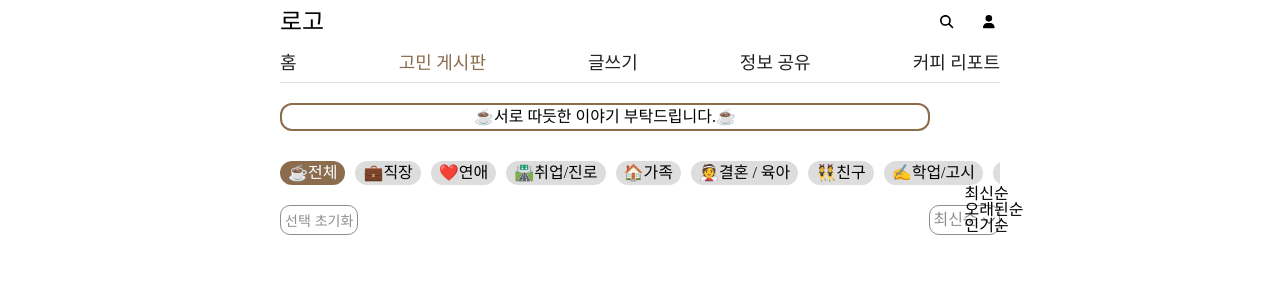
Repository: zlazlazla35/coffee
Page: /list
These files come from the project's save history. The page is drawn as it stood at one moment and after the next save; the edit follows.
The browser window is 1280 px wide. The pictures show the whole page.
Some web fonts or font styles are not loaded; a fallback is used. The project was rebuilt for these pictures with package versions that can differ from the ones it lists, and the page was loaded fresh each time. The framework's server and built-in components were replaced by stand-ins that run in the browser. Also part of the build but not shown: next.config.mjs.

Above is the page before, as saved 2024-12-26 18:31:11.

### src/app/layout.js
import { Geist, Geist_Mono } from "next/font/google";
import "./globals.css";
import Link from "next/link";
import { FontAwesomeIcon } from '@fortawesome/react-fontawesome'
import { faMagnifyingGlass, faUser } from '@fortawesome/free-solid-svg-icons'
import NavMenu from "./component/NavMenu";

const geistSans = Geist({
  variable: "--font-geist-sans",
  subsets: ["latin"],
});

const geistMono = Geist_Mono({
  variable: "--font-geist-mono",
  subsets: ["latin"],
});

export const metadata = {
  title: "Create Next App",
  description: "Generated by create next app",
};

export default function RootLayout({ children }) {
  return (
    <html lang="en">
      <body className={`${geistSans.variable} ${geistMono.variable}`}>
        <div className="nav_bar">
          <div className="nav_bar_top">
            <Link className="logo" href={'/'}>로고</Link>
            <div className="userBox">
              <button>
                <FontAwesomeIcon icon={faMagnifyingGlass} />
              </button>
              <button>
                <FontAwesomeIcon icon={faUser} />
              </button>
            </div>
          </div>
          <div className="nav_bar_bottom">
          <NavMenu></NavMenu>
          </div>
        </div>
        {children}
      </body>
    </html>
  );
}

### src/app/list/page.js
'use client'
import { useState } from "react"
import { FontAwesomeIcon } from '@fortawesome/react-fontawesome'
import { faChevronDown } from '@fortawesome/free-solid-svg-icons'

export default function List() {
    let [tagList, setTagList] = useState(['☕전체', '💼직장', '❤️연애', '🛣️취업/진로', '🏠가족', '👰결혼 / 육아', '👯친구', '✍️학업/고시', '🚫중독', '💰사업 / 금전', '💉질병 / 질환']);
    let [tagActive, setTagActive] = useState([true, false, false, false, false, false, false, false, false, false, false])







    return (
        <div className="liset_page">
            <div className="top_border">
                ☕서로 따듯한 이야기 부탁드립니다.☕
            </div>
            <div className="tag">
                <ul className="tag_list">
                    {
                        tagList.map((item, i) => {

                            return (
                                <li className={tagActive[i] == true ? 'on' : null} key={i} onClick={(e) => {
                                    let copy = [...tagActive];

                                    if (copy[i] == false) {
                                        copy[i] = true;
                                        setTagActive(copy);
                                    } else {
                                        copy[i] = false;
                                        setTagActive(copy);
                                    }

                                    if (e.target.innerHTML !== '☕전체') {
                                        copy[0] = false;
                                        setTagActive(copy);
                                    } else {
                                        let copy2 = [true, false, false, false, false, false, false, false, false, false, false];
                                        setTagActive(copy2);
                                    }
                                }} >{item}</li>
                            )
                        })
                    }
                </ul>
            </div>
            <div className="filterBox">
                <button className="tag_reset">선택 초기화</button>
                <div className="filterSelectBox">
                    <h2 className="title">최신순<FontAwesomeIcon icon={faChevronDown} /></h2>
                    <ul className="filterSelect">
                        <li>최신순</li>
                        <li>오래된순</li>
                        <li>인기순</li>
                    </ul>
                </div>
            </div>
        </div>
    )
}

//

### src/app/globals.css
@font-face {
    font-family: 'Ownglyph_StudyHard-Rg';
    src: url('https://fastly.jsdelivr.net/gh/projectnoonnu/2411-3@1.0/Ownglyph_StudyHard-Rg.woff2') format('woff2');
    font-weight: normal;
    font-style: normal;
}
/* /styles/reset.css */
body {font-family: 'Ownglyph_StudyHard-Rg' !important;}
html, body, div, span, applet, object, iframe,
h1, h2, h3, h4, h5, h6, p, blockquote, pre,
a, abbr, acronym, address, big, cite, code,
del, dfn, em, img, ins, kbd, q, s, samp,
small, strike, strong, sub, sup, tt, var,
b, u, i, center,
dl, dt, dd, ol, ul, li,
fieldset, form, label, legend,
table, caption, tbody, tfoot, thead, tr, th, td,
article, aside, canvas, details, embed,
figure, figcaption, footer, header, hgroup,
menu, nav, output, ruby, section, summary,
time, mark, audio, video {
	margin: 0;
	padding: 0;
	border: 0;
	font-size: 100%;
	font: inherit;
	vertical-align: baseline;
}
/* HTML5 display-role reset for older browsers */
article, aside, details, figcaption, figure,
footer, header, hgroup, menu, nav, section {
	display: block;
}
body {
	line-height: 1;
}
ol, ul {
	list-style: none;
}
blockquote, q {
	quotes: none;
}
blockquote:before, blockquote:after,
q:before, q:after {
	content: '';
	content: none;
}
table {
	border-collapse: collapse;
	border-spacing: 0;
}
input:focus {outline: none;}
a {text-decoration: none; color: inherit;}


.nav_bar {width: 100%; max-width: 720px; margin: 0 auto;}
.nav_bar .nav_bar_top {width: 100%; display: flex; align-items: center; justify-content: space-between; box-sizing: border-box; padding: 10px 0; }
.nav_bar .nav_bar_top .logo {font-size: 24px; }
.nav_bar .nav_bar_top .userBox {display: flex; align-items: center;}
.nav_bar .nav_bar_top .userBox button {width: 22px; display: block; background: none; border: none; padding: 0;}
.nav_bar .nav_bar_top .userBox button {margin-right: 20px;}
.nav_bar .nav_bar_top .userBox button:last-child {margin-right: 0;}
.nav_bar .nav_bar_bottom {width: 100%; }
.nav_bar .nav_bar_bottom .nav_list {display: flex; align-items: center; justify-content: space-between; box-sizing: border-box; padding: 10px 0; border-bottom: 1px solid #ddd;}
.nav_bar .nav_bar_bottom .nav_list li { font-size: 18px; color: #232323; }
.nav_bar .nav_bar_bottom .nav_list li a.active {color: #8b6d4e; }


.liset_page {width: 100%; max-width: 720px; margin: 0 auto;}
.liset_page .top_border {width: 100%; max-width: 650px; border: 2px solid #8b6d4e; border-radius: 12px; display: flex; align-items: center; justify-content: center; font-size: 16px; box-sizing: border-box; padding: 4px; margin: 20px 0 30px;}
.liset_page .tag {width: 100%;}
.liset_page .tag .tag_list {width: 100%; display: flex; align-items: center; white-space: nowrap; overflow-x: scroll;}
.liset_page .tag .tag_list::-webkit-scrollbar {height: 8px;}
.liset_page .tag .tag_list::-webkit-scrollbar-thumb {background: #a89f96; border-radius: 10px; }
.liset_page .tag .tag_list::-webkit-scrollbar-track {background: rgba(123, 87, 8, 0.1); }
.liset_page .tag .tag_list li {background: #ddd; font-size: 16px; box-sizing: border-box; padding: 4px 8px; border-radius: 12px; margin-right: 10px; cursor: pointer;}
.liset_page .tag .tag_list li:last-child {margin-right: 0;}
.liset_page .tag .tag_list li.on {background: #8b6d4e; color: #fff;}
.liset_page .filterBox {width: 100%; display: flex; align-items: center; justify-content: space-between;}
.liset_page .filterBox .filterSelectBox {display: flex; position: relative; border: 1px solid #8f8f8f; border-radius: 10px; width: 100%; max-width: 69px; height: 28px; align-items: center; justify-content: center; margin: 20px 0;}
.liset_page .filterBox .filterSelectBox .title {font-size: 16px; color: #8f8f8f;}
.liset_page .filterBox .filterSelectBox .title svg {font-size: 14px; margin-left: 4px;}
.liset_page .filterBox .filterSelectBox .filterSelect {position: absolute; left: 50%; bottom: 0; width: 100%;}

.liset_page .filterBox .tag_reset{display: inline-block; box-sizing: border-box; padding: 4px; border: 1px solid #8f8f8f; background: none; color: #8f8f8f; font-size: 14px; border-radius: 10px;}

### src/app/component/NavMenu.js
'use client'

import Link from "next/link";
import { usePathname } from "next/navigation";

export default function NavMenu() {
    const pathname = usePathname();

    return (
        <ul className="nav_list">
            <li>
                <Link href={'/'}>홈</Link>
            </li>
            <li>
                <Link className={pathname == '/list'? 'active' : null} href={'/list'}>고민 게시판</Link>
            </li>
            <li>
                <Link className={pathname == '/writing'? 'active' : null} href={'/writing'}>글쓰기</Link>
            </li>
            <li>
                <Link className={pathname == '/share'? 'active' : null} href={'/share'}>정보 공유</Link>
            </li>
            <li>
                <Link className={pathname == '/report'? 'active' : null} href={'/report'}>커피 리포트</Link>
            </li>
        </ul>
    )
}

After the next save:
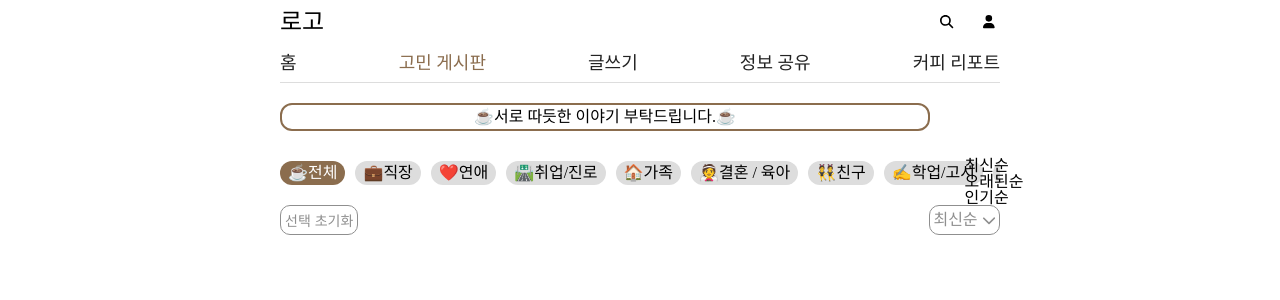
Saved 11 s later.
--- a/src/app/globals.css
+++ b/src/app/globals.css
@@ -80,6 +80,6 @@ a {text-decoration: none; color: inherit;}
 .liset_page .filterBox .filterSelectBox {display: flex; position: relative; border: 1px solid #8f8f8f; border-radius: 10px; width: 100%; max-width: 69px; height: 28px; align-items: center; justify-content: center; margin: 20px 0;}
 .liset_page .filterBox .filterSelectBox .title {font-size: 16px; color: #8f8f8f;}
 .liset_page .filterBox .filterSelectBox .title svg {font-size: 14px; margin-left: 4px;}
-.liset_page .filterBox .filterSelectBox .filterSelect {position: absolute; left: 50%; bottom: 0; width: 100%;}
+.liset_page .filterBox .filterSelectBox .filterSelect {position: absolute; left: 50%; bottom: 28px; width: 100%;}
 
 .liset_page .filterBox .tag_reset{display: inline-block; box-sizing: border-box; padding: 4px; border: 1px solid #8f8f8f; background: none; color: #8f8f8f; font-size: 14px; border-radius: 10px;}
